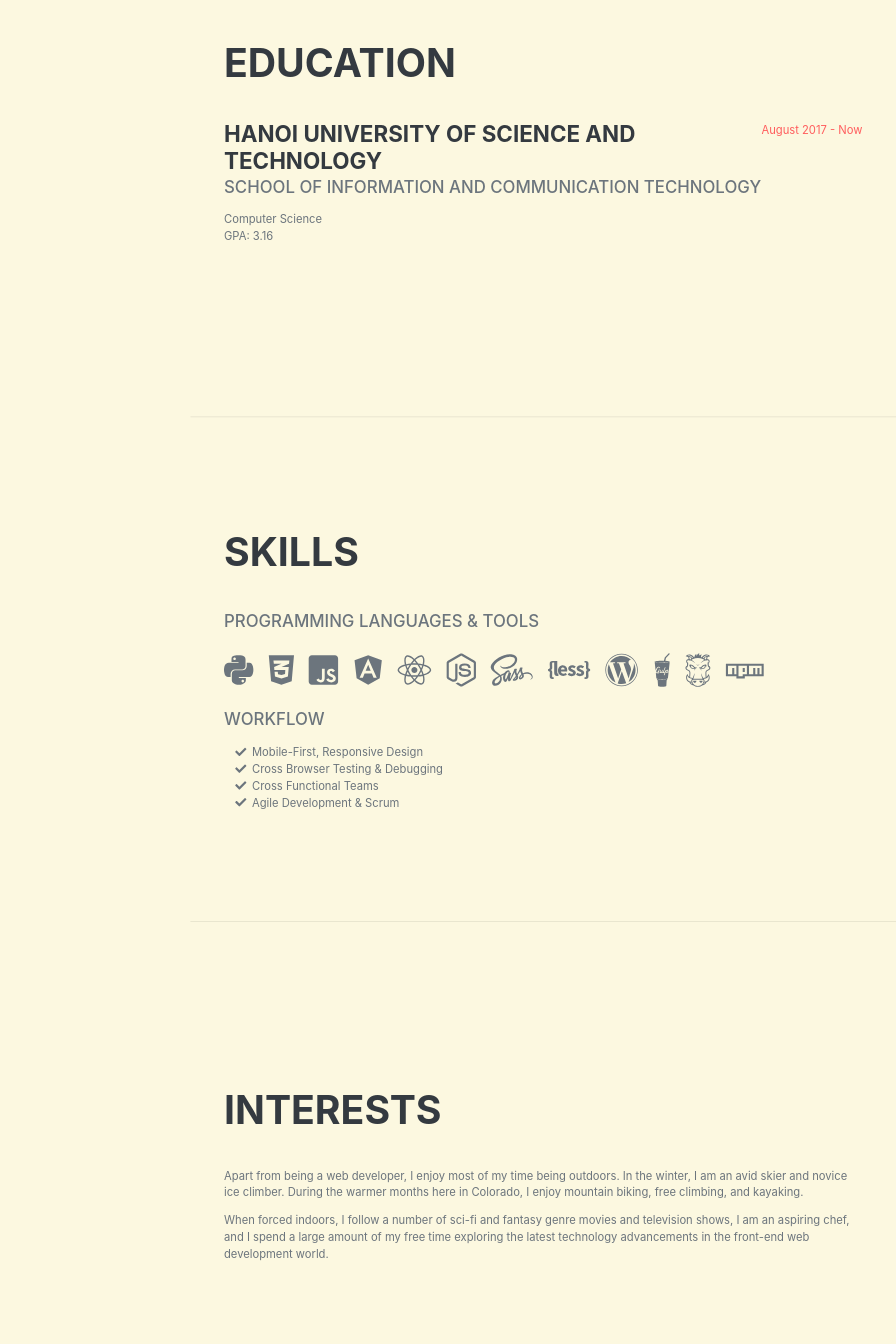
Repository: nguyenlcc/Online-CV
Page: index.html
An editor plug-in stored every save of this project. The page is shown before and after the next save, followed by the edit.
The browser window is 1280 px wide. The pictures show the part of the page from y = 1873 to 3793 px (the page is 4631 px tall), at 70% of full size.
Some web fonts or font styles are not loaded; a fallback is used. Some web libraries are served in a nearby version.

Above is the page before, as saved 2022-05-23 01:05:16.

After the next save:
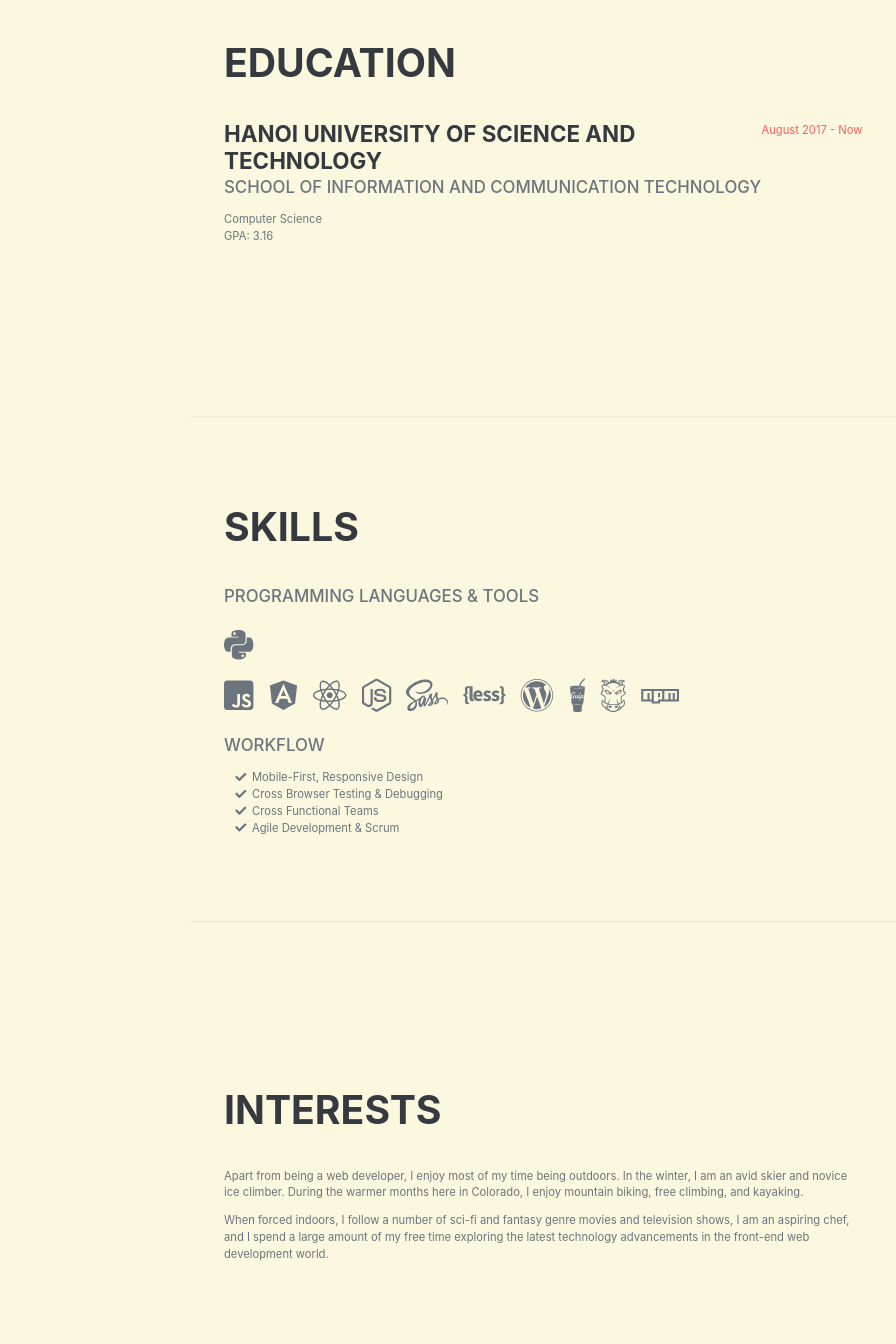
Saved 3 min 8 s later.
--- a/index.html
+++ b/index.html
@@ -217,7 +217,7 @@
           <div class="subheading mb-3">Programming Languages & Tools</div>
           <ul class="list-inline dev-icons">
             <li class="list-inline-item"><i class="fab fa-python"></i></li>
-            <li class="list-inline-item"><i class="fab fa-css3-alt"></i></li>
+            <li class="iconify" data-icon="logos:tensorflow"></li>
             <li class="list-inline-item"><i class="fab fa-js-square"></i></li>
             <li class="list-inline-item"><i class="fab fa-angular"></i></li>
             <li class="list-inline-item"><i class="fab fa-react"></i></li>
